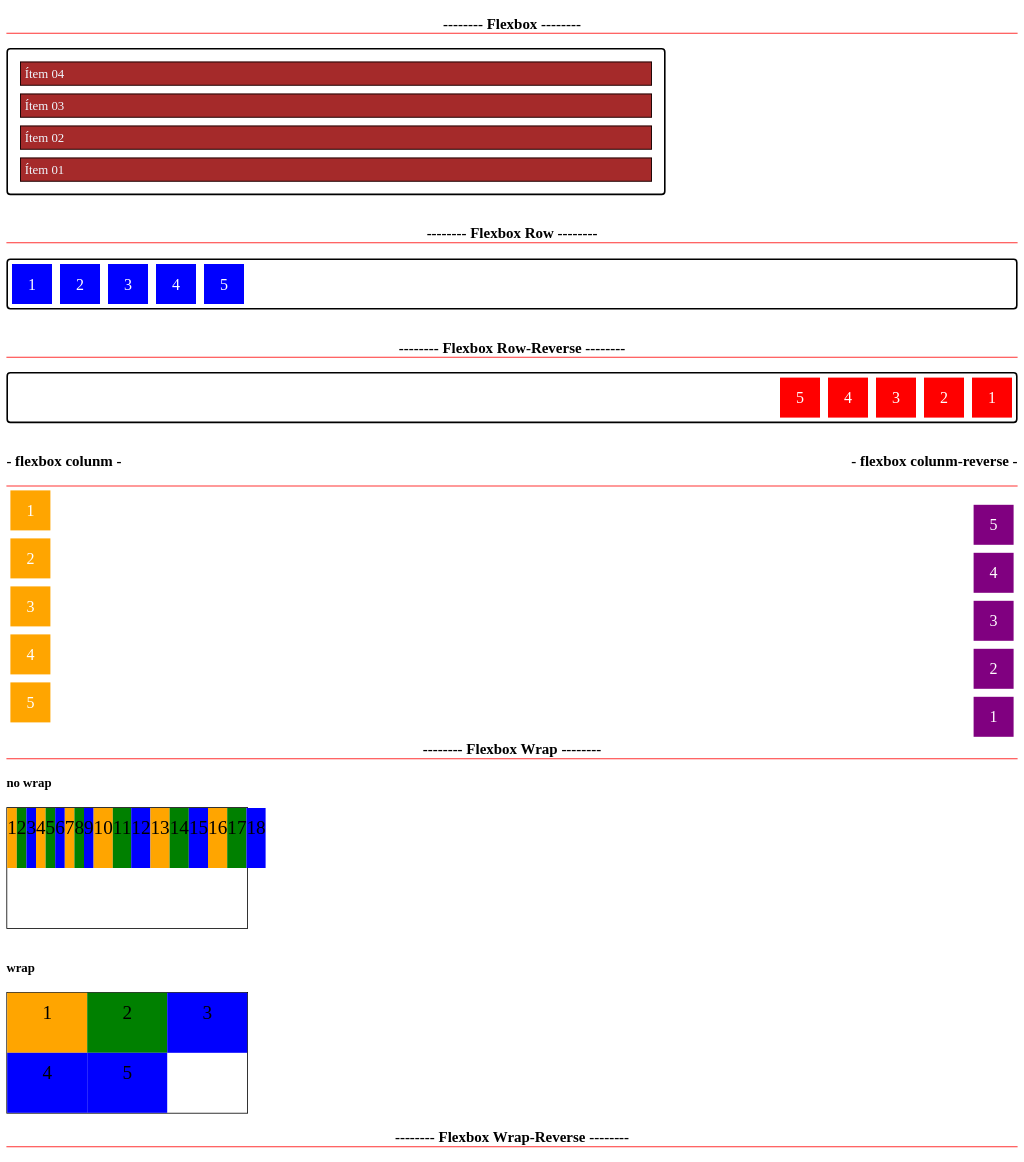
Repository: ozielms/flexbox
Page: outros/flexbox-master/index.html
The author's editor kept a copy of each file at every save. The page is drawn from the files as they stood at one save, then again after the next save.
The browser window is 1280 px wide. The pictures show the whole page, at 80% of full size.

Above is the page before, as saved 2022-04-26 00:38:41.

After the next save:
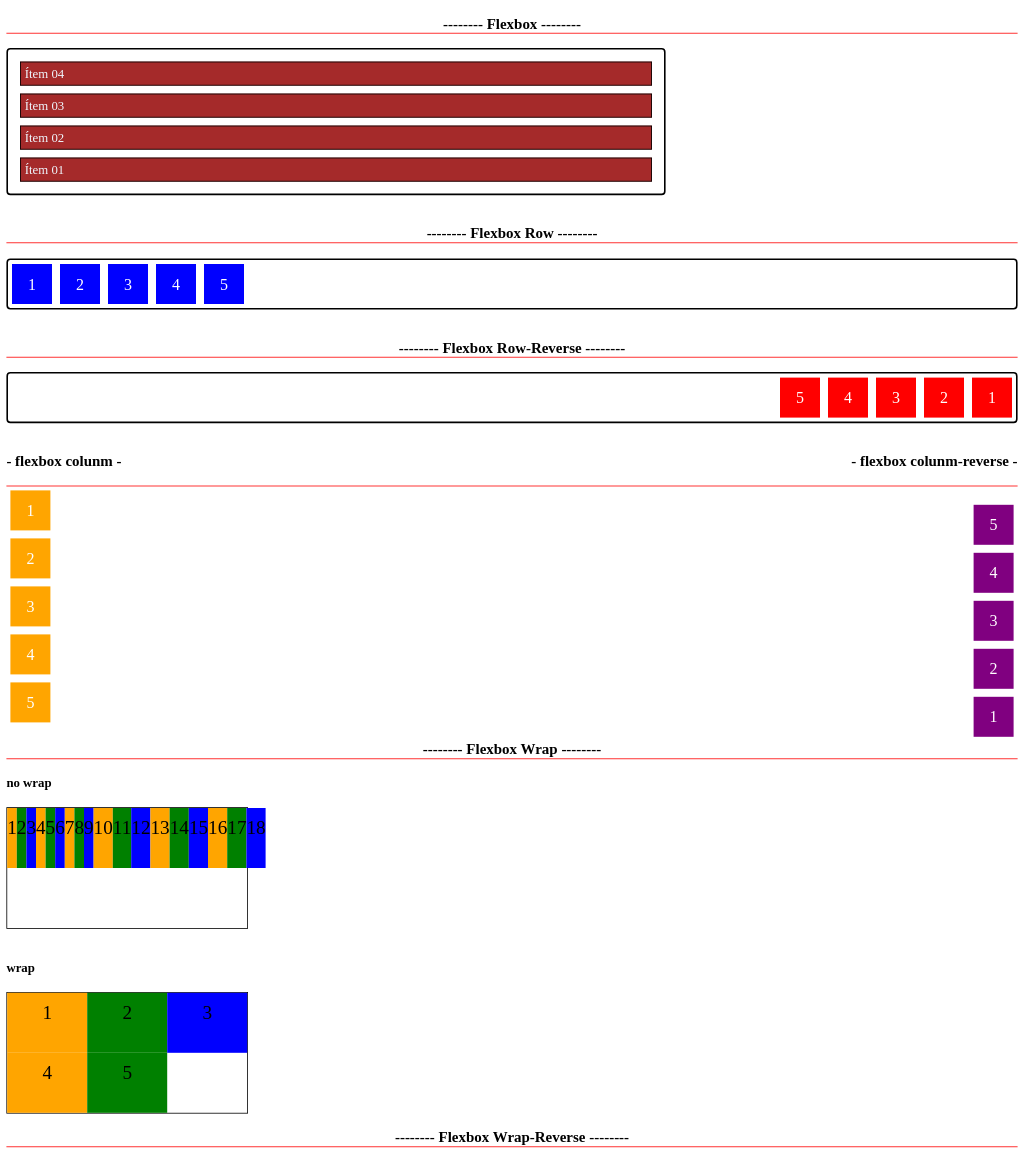
Saved 13 s later.
--- a/outros/flexbox-master/index.html
+++ b/outros/flexbox-master/index.html
@@ -102,8 +102,8 @@
         <div class="item orange">1</div>
         <div class="item green">2</div>
         <div class="item blue">3</div>
-        <div class="item blue">4</div>
-        <div class="item blue">5</div>
+        <div class="item orange">4</div>
+        <div class="item green">5</div>
     </div>
 
 
